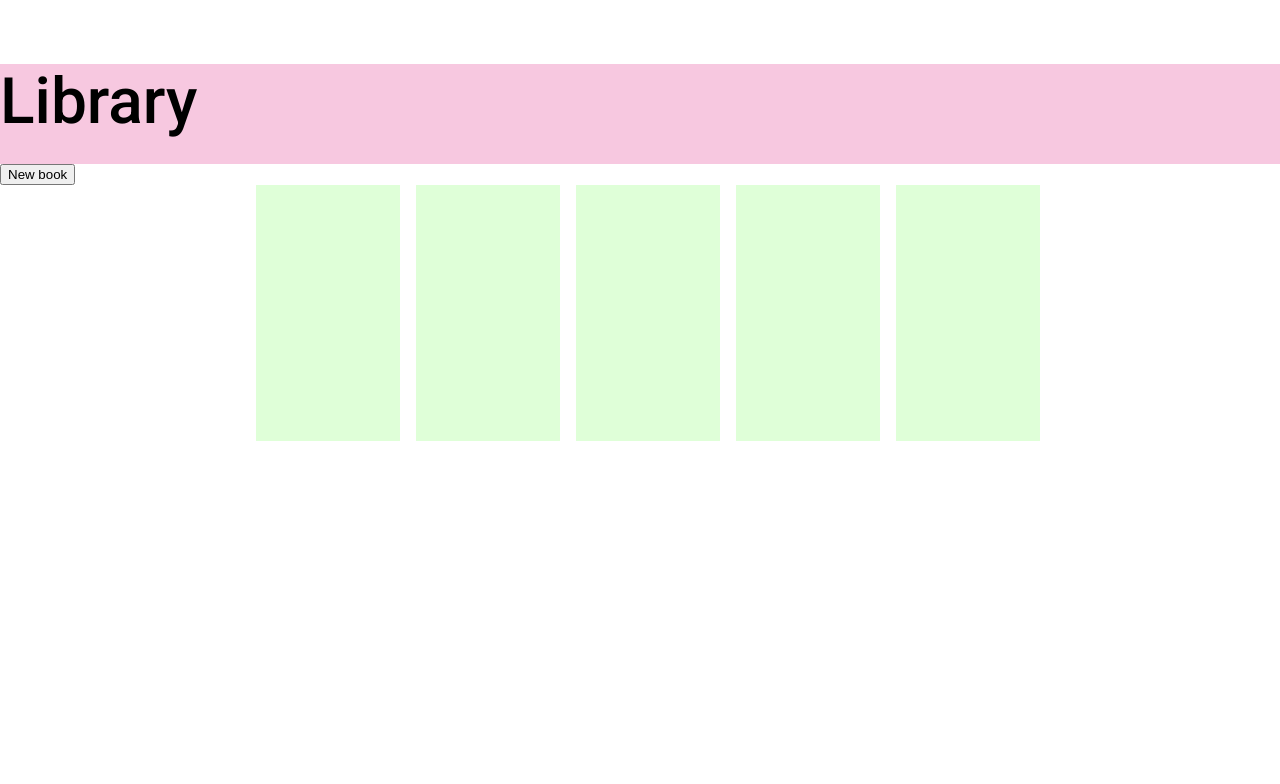
Repository: yeetzpxoci/library
Page: index.html
These files come from the project's save history. The page is drawn as it stood at one moment and after the next save; the edit follows.
The browser window is 1280 px wide. The pictures show the whole page.

Above is the page before, as saved 2023-02-21 14:44:22.

After the next save:
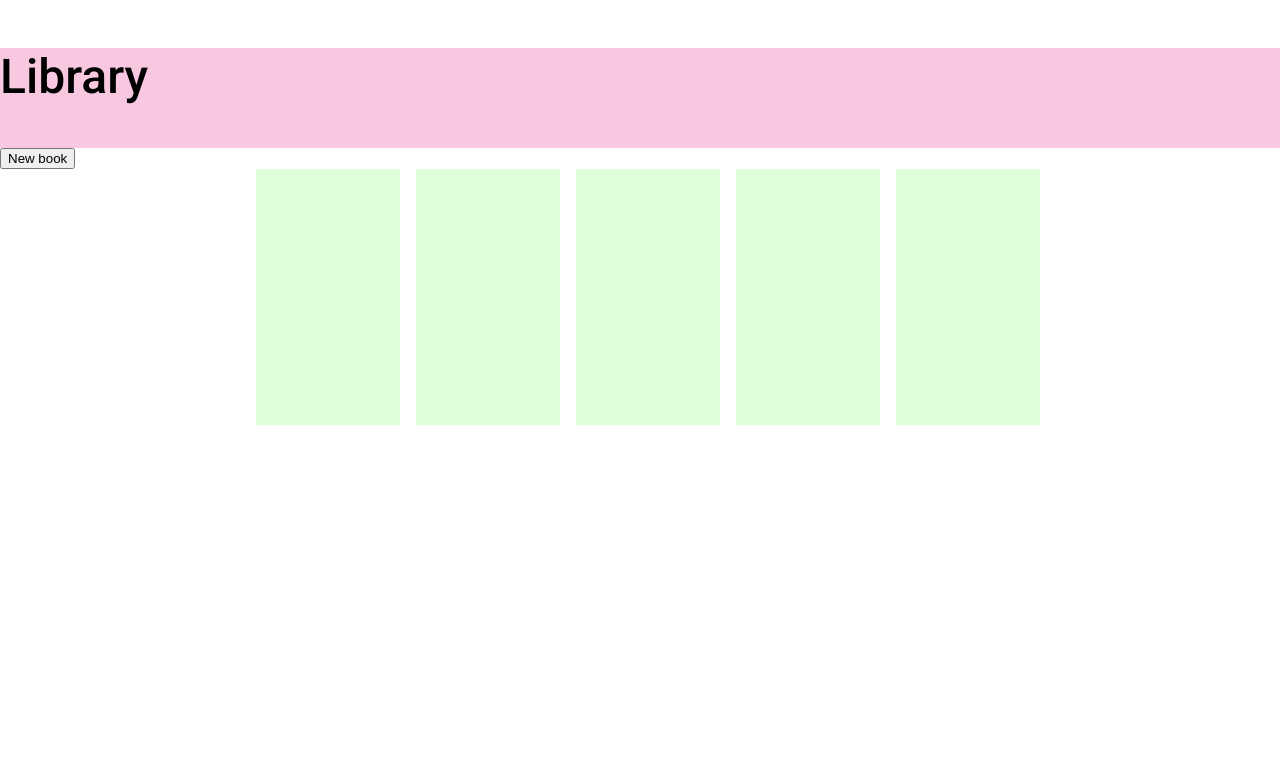
Saved 12 s later.
--- a/styles.css
+++ b/styles.css
@@ -16,7 +16,7 @@ body {
 }
 
 .header p {
-    font-size: 64px;
+    font-size: 48px;
 }
 
 #addBook {
